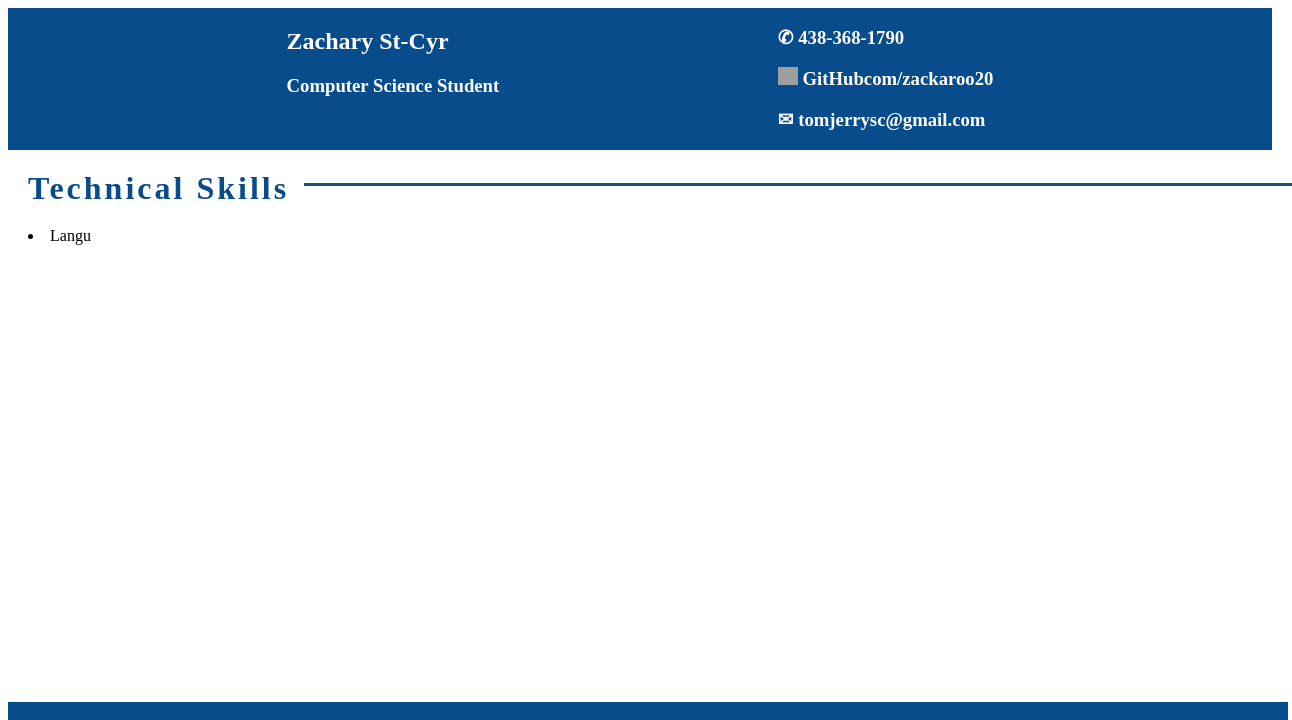
Repository: zackaroo20/Resume-CV
Page: CV.html
The author's editor kept a copy of each file at every save. The page is drawn from the files as they stood at one save, then again after the next save.
The browser window is 1280 px wide. The page is 1292 px wide, so the pictures cover 1292 px, including what lies to the right of the window. The pictures show the whole page.
Pictures or frames that could not be fetched are drawn as grey boxes.

Above is the page before, as saved 2026-03-02 16:00:26.

After the next save:
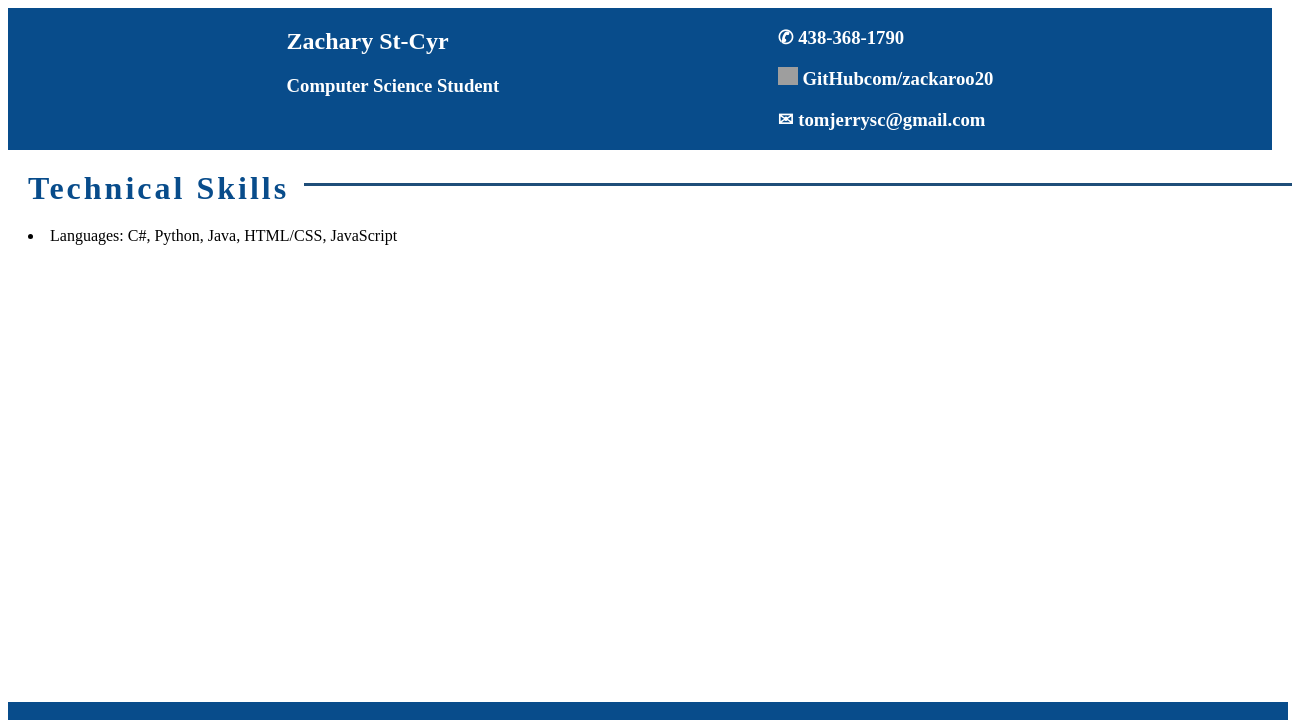
Saved 13 s later.
--- a/CV.html
+++ b/CV.html
@@ -26,7 +26,7 @@
         <hr class="divider">
     </div>
     <div class="subdiv">
-        <li>Langu</li>
+        <li>Languages: C#, Python, Java, HTML/CSS, JavaScript</li>
 
 
 
